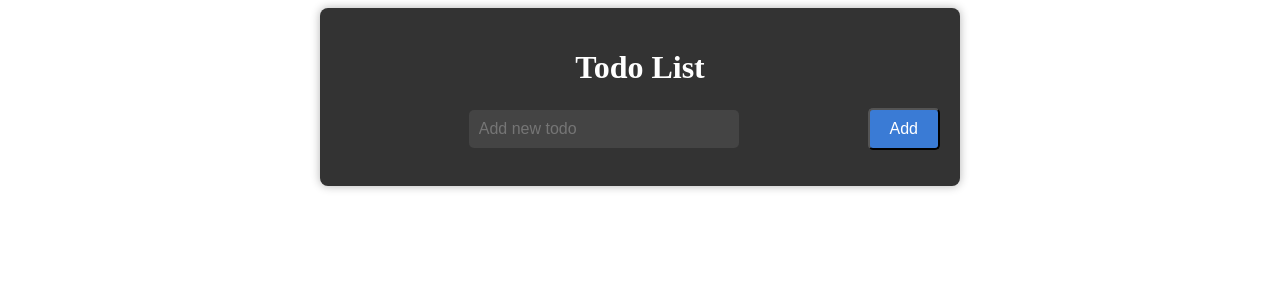
Repository: Tobby004/Todo-assignment
Page: / (app in todo-list-app/)
These files come from the project's save history. The page is drawn as it stood at one moment and after the next save; the edit follows.
The browser window is 1280 px wide. The pictures show the whole page.
The project was rebuilt for these pictures with package versions that can differ from the ones it lists, and the page was loaded fresh each time. Also part of the build but not shown: todo-list-app/vue.config.js.

Above is the page before, as saved 2023-12-06 16:50:31.

After the next save:
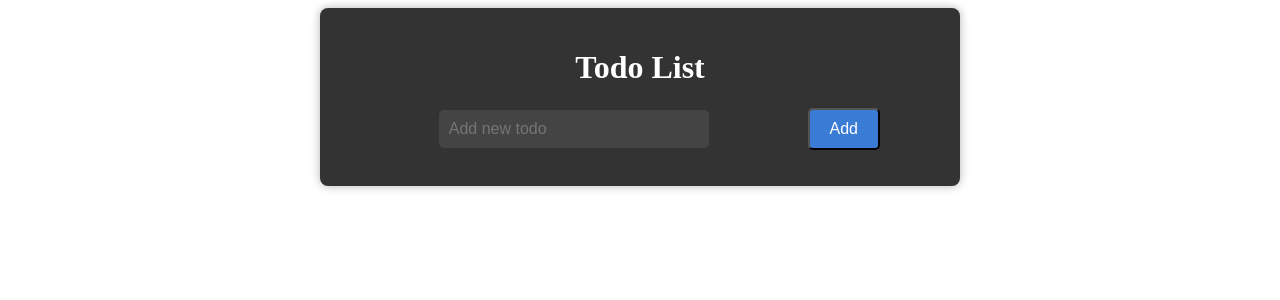
Saved 19 s later.
--- a/todo-list-app/src/App.vue
+++ b/todo-list-app/src/App.vue
@@ -94,7 +94,7 @@ h1 {
 
 .add-button {
   padding: 10px 20px;
-  margin-left: 0px;
+  margin-right: 60px;
   border-radius: 5px;
   cursor: pointer;
   font-size: 16px;
